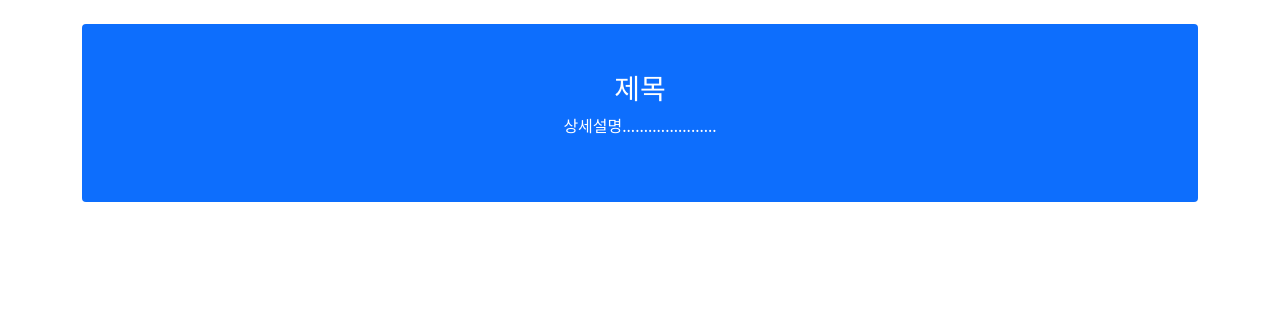
Repository: minokki/mino
Page: http://localhost/lec03_mvc/user/user_list.jsp
These files come from the project's save history. The page is drawn as it stood at one moment and after the next save; the edit follows.
The browser window is 1280 px wide. The pictures show the whole page.
Some web libraries are served in a nearby version. The page is served by Tomcat 9. Other server files are loaded and not shown.

Above is the page before, as saved 2022-12-28 05:14:28.

### spring/lec03_mvc/src/main/webapp/user/user_list.jsp
<%@page language="java" contentType="text/html; charset=UTF-8" pageEncoding="UTF-8"%>
<%@taglib uri="http://java.sun.com/jsp/jstl/core" prefix="c" %>
<!DOCTYPE html>
<html>
<head>
   <title>Spring Framework</title>
   <meta charset="UTF-8">
    <meta name="viewport" content="width=device-width, initial-scale=1">
   <link rel="stylesheet" href="https://use.fontawesome.com/releases/v5.4.1/css/all.css"
      integrity="sha384-5sAR7xN1Nv6T6+dT2mhtzEpVJvfS3NScPQTrOxhwjIuvcA67KV2R5Jz6kr4abQsz"
      crossorigin="anonymous">
   <link href="https://cdn.jsdelivr.net/npm/bootstrap@5.0.2/dist/css/bootstrap.min.css" rel="stylesheet" integrity="sha384-EVSTQN3/azprG1Anm3QDgpJLIm9Nao0Yz1ztcQTwFspd3yD65VohhpuuCOmLASjC" crossorigin="anonymous">
   <script src="https://cdn.jsdelivr.net/npm/bootstrap@5.0.2/dist/js/bootstrap.bundle.min.js" integrity="sha384-MrcW6ZMFYlzcLA8Nl+NtUVF0sA7MsXsP1UyJoMp4YLEuNSfAP+JcXn/tWtIaxVXM" crossorigin="anonymous"></script>
</head>
<body>
   <div class="container" align="center">
      <div class="mt-4 p-5 bg-primary text-white rounded">
         <h3>제목</h3>
         <p>상세설명......................</p>

      </div>
      <br>

      ${ userList.toString() }
   </div>
</body>
</html>

After the next save:
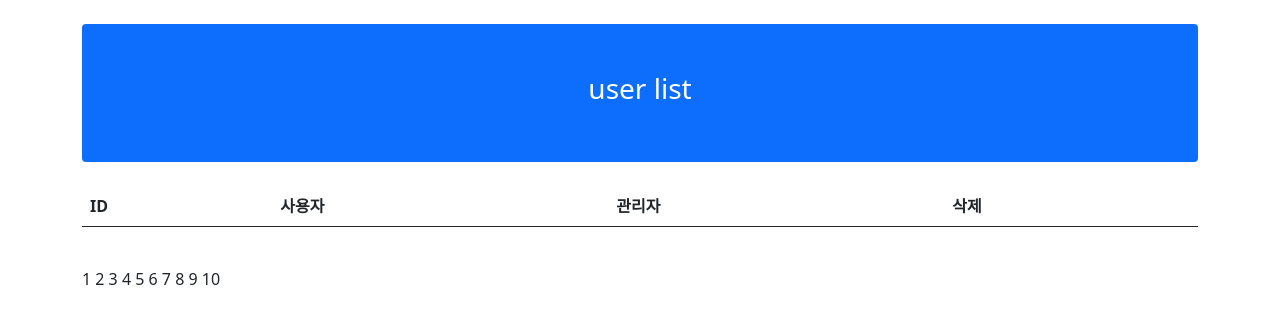
Saved 7 min 59 s later.
--- a/spring/lec03_mvc/src/main/webapp/user/user_list.jsp
+++ b/spring/lec03_mvc/src/main/webapp/user/user_list.jsp
@@ -15,13 +15,44 @@
 <body>
    <div class="container" align="center">
       <div class="mt-4 p-5 bg-primary text-white rounded">
-         <h3>제목</h3>
-         <p>상세설명......................</p>
-
+         <h3>user list</h3>
+         <c:if test="${ userList.isEmpty() }">
+         <p class="bg-danger text-white">등록된 사용자 정보가 존재하지 않습니다!!</p>
+         </c:if>
       </div>
       <br>
 
       ${ userList.toString() }
+      <table class="table table-hover">
+      	<thead>
+      	<th scope="col">ID</th>
+      	<th scope="col">사용자</th>
+      	<th scope="col">관리자</th>
+      	<th scope="col">삭제</th>
+      	</thead>
+
+      	<tbody>
+      	<c:forEach var="user" items="${userList}">
+      		<tr>
+      			<td scope="row"><a href="updateUser.do?id=${user.getId()}"></a></td>
+      			<td>${user.getName()}</td>
+      			<td>${user.getRole()}</td>
+      			<td align="center">
+      			 <a href="deleteUser.do?id=${user.getId() }" class="btn btn-datger">${user.getId() }
+      			 	<i class="fas fa-trash"></i>
+      			 </a>
+      			</td>
+      		</tr>
+      	</c:forEach>
+      	</tbody>
+
+
+      </table>
+   </div>
+   <br/>
+
+   <div class="container">
+   1 2 3 4 5 6 7 8 9 10
    </div>
 </body>
 </html>
